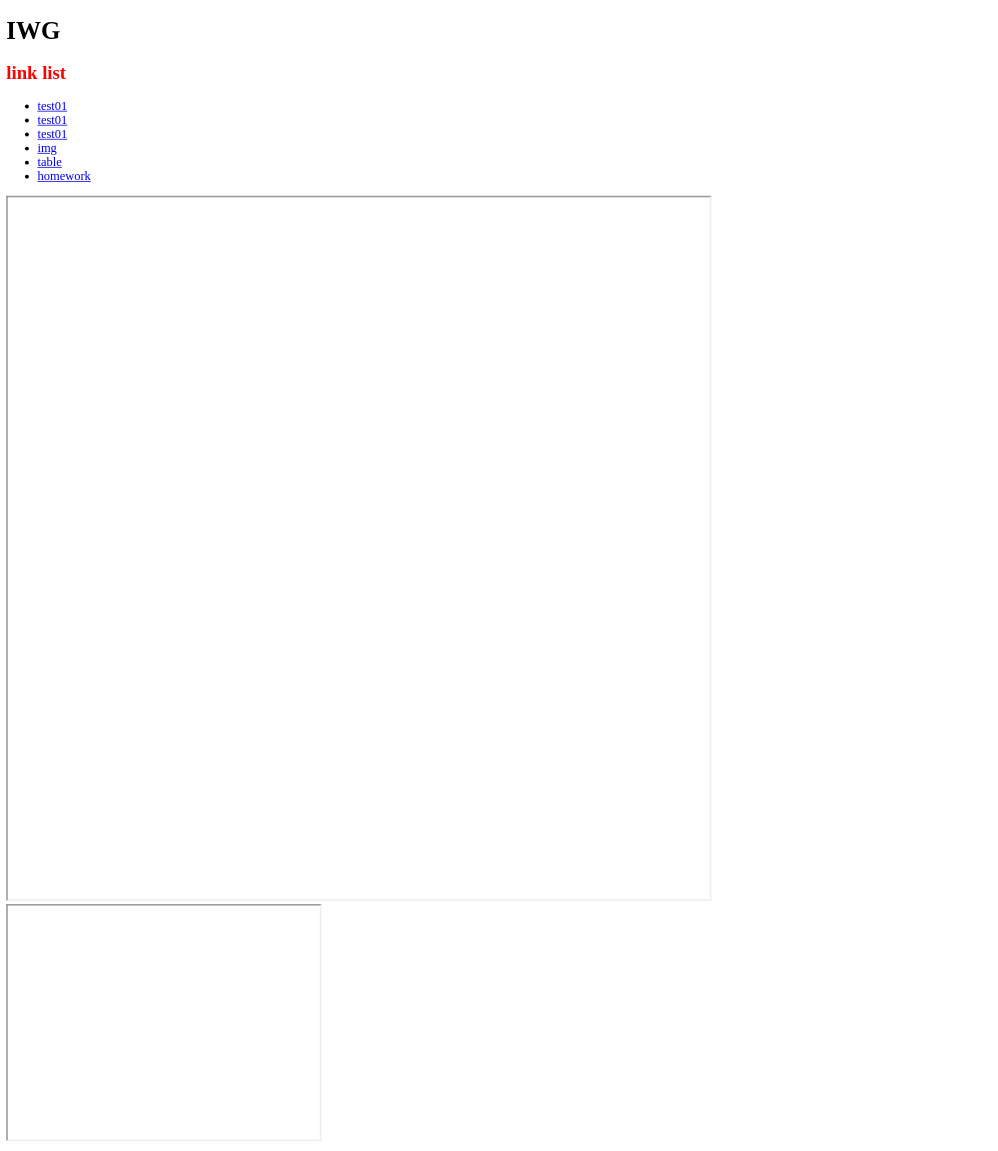
Repository: ssleap/multicampusIoT
Page: workspace190520/edu1/WebContent/index.html
The author's editor kept a copy of each file at every save. The page is drawn from the files as they stood at one save, then again after the next save.
The browser window is 1280 px wide. The pictures show the whole page, at 78% of full size.

Above is the page before, as saved 2019-05-22 00:35:06.

### workspace190520/edu1/WebContent/index.html
<!DOCTYPE html>
<html>
<head>
<meta charset="UTF-8">
<title>TITLE</title>
</head>
<body>

	<h1 class = "h">IWG</h1>

	<h2 id = "i" class = "h" title = "link list" style = "color : red">
		link list
	</h2>

	<ul>
	<li><a href = "test01.html">test01</a></li>
	<li><a href = "C:/workspace190520/edu1/WebContent/test01.html">test01</a></li>
	<li><a href = "http://70.12.115.57:9090/edu1/test01.html">test01</a></li>
	<li><a href = "./img.html">img</a></li>
	<li><a href = "./table.html" target = "iframe2">table</a></li>
	<li><a href = "./workshop.html" target = "iframe1">homework</a></li>
	</ul>

	<iframe name = "iframe1" width = "900"
	height = "900"></iframe>
	<iframe name = "iframe2" width = "400"
	height = "300"></iframe>

</body>
</html>

After the next save:
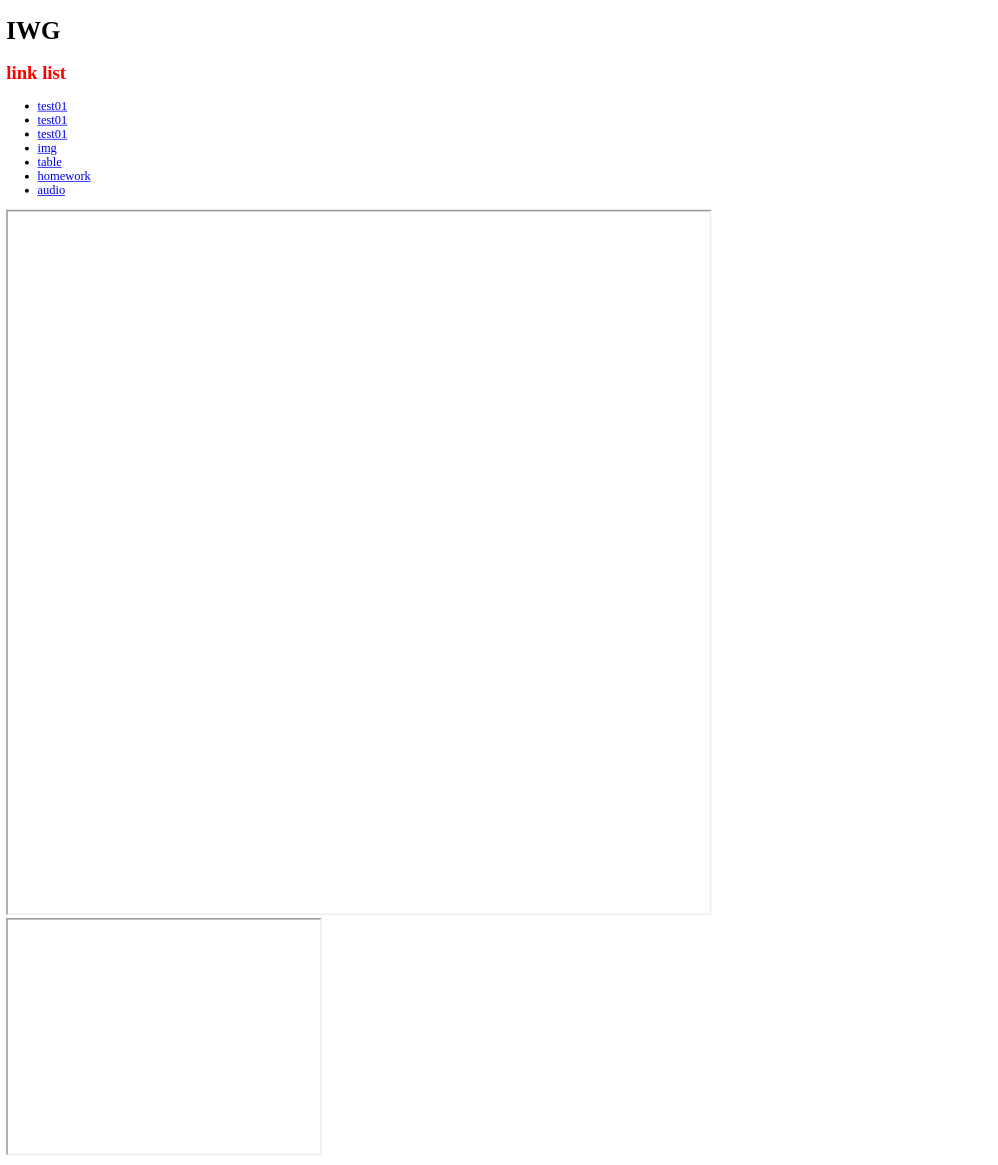
Saved 34 s later.
--- a/workspace190520/edu1/WebContent/index.html
+++ b/workspace190520/edu1/WebContent/index.html
@@ -19,6 +19,7 @@
 	<li><a href = "./img.html">img</a></li>
 	<li><a href = "./table.html" target = "iframe2">table</a></li>
 	<li><a href = "./workshop.html" target = "iframe1">homework</a></li>
+	<li><a href = "./audio.html">audio</a></li>
 	</ul>
 
 	<iframe name = "iframe1" width = "900"
